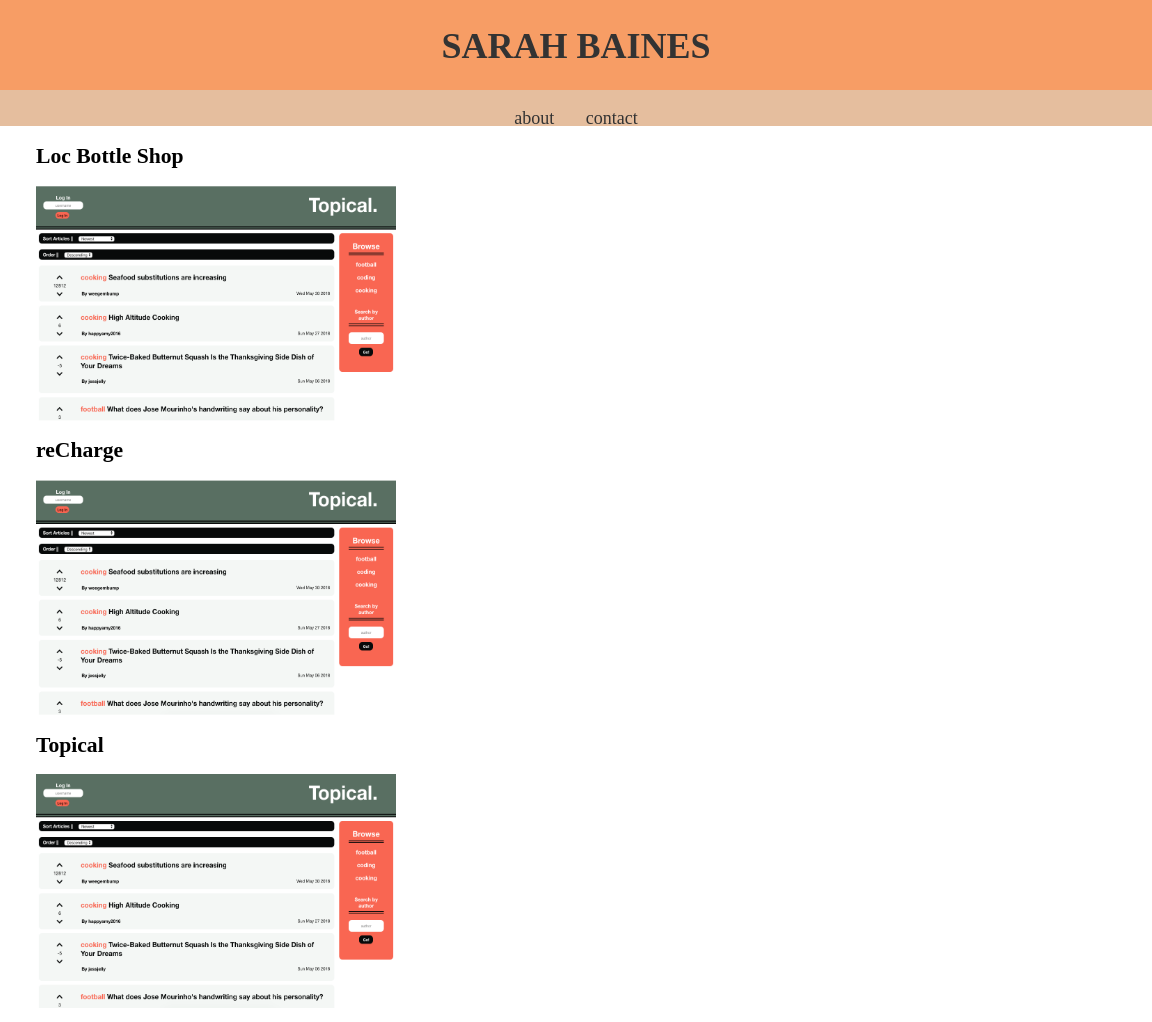
Repository: bainesface/bainesface.github.io
Page: index.html
The author's editor kept a copy of each file at every save. The page is drawn from the files as they stood at one save, then again after the next save.
The browser window is 1280 px wide. The pictures show the whole page, at 90% of full size.

Above is the page before, as saved 2020-04-27 14:50:59.

### index.html
<!DOCTYPE html>
<html lang="en">
  <head>
    <meta charset="UTF-8" />
    <meta name="viewport" content="width=device-width, initial-scale=1.0" />
    <meta http-equiv="X-UA-Compatible" content="ie=edge" />
    <link rel="stylesheet" href="index.css" />
    <title>My Portfolio Site</title>
  </head>
  <body class="body">
    <header class="header">
    <a href="index.html"></a>
      <h1 class="title">
        <center>SARAH BAINES</center>
      </h1>
    </a>
   </header> <nav class="menu">
      <a href="about.html" class="link">about</a>
      <!-- <a href="web.html">web</a>
      <a href="app.html">app</a> -->
      <a href="contact.html" class="link">contact</a>
    </nav>
    <section class='main'>
      <ul class='projects-list'>
        <li><h2>Loc Bottle Shop</h2>
        <p class="portfolio-image"><img src="./img/topical-fe.png" height=260px width=400px/></p></li>
        <li><h2>reCharge</h2>
        <p class="portfolio-image"><img src="./img/topical-fe.png" height=260px width=400px /></p></li>
        <li><h2>Topical</h2>
        <p class="portfolio-image"><img src="./img/topical-fe.png" height=260px width=400px /></p></li>
      </ul>
    </section>
  </body>
</html>

### index.css
.body {
  display: grid;
  grid-template-rows: 100px 40px auto;
  grid-template-columns: 100%;
  grid-template-areas:
    'header'
    'nav'
    'main';
  padding: 0;
  margin: 0;
  border: none;
}

.header {
  grid-area: header;
  background-color: #f79d65;
  margin: 0;
  width: 100%;
}

.title {
  font-size: 30pt;
  color: #333333;
  font-family: 'PT Sans';
}

.menu {
  grid-area: nav;
  font-size: 15pt;
  font-family: 'PT Sans';
  text-decoration: none;
  text-align: center;
  padding: 20px;
  background-color: #e5be9e;
}

.paragraph {
  font-size: 15pt;
  font-family: 'PT Sans';
}

.portfolio-image {
  height: 260px;
  width: 400px;
}

.projects-list {
  list-style: none;
}

.link {
  text-decoration: none;
  color: #333333;
  padding: 15px;
}

After the next save:
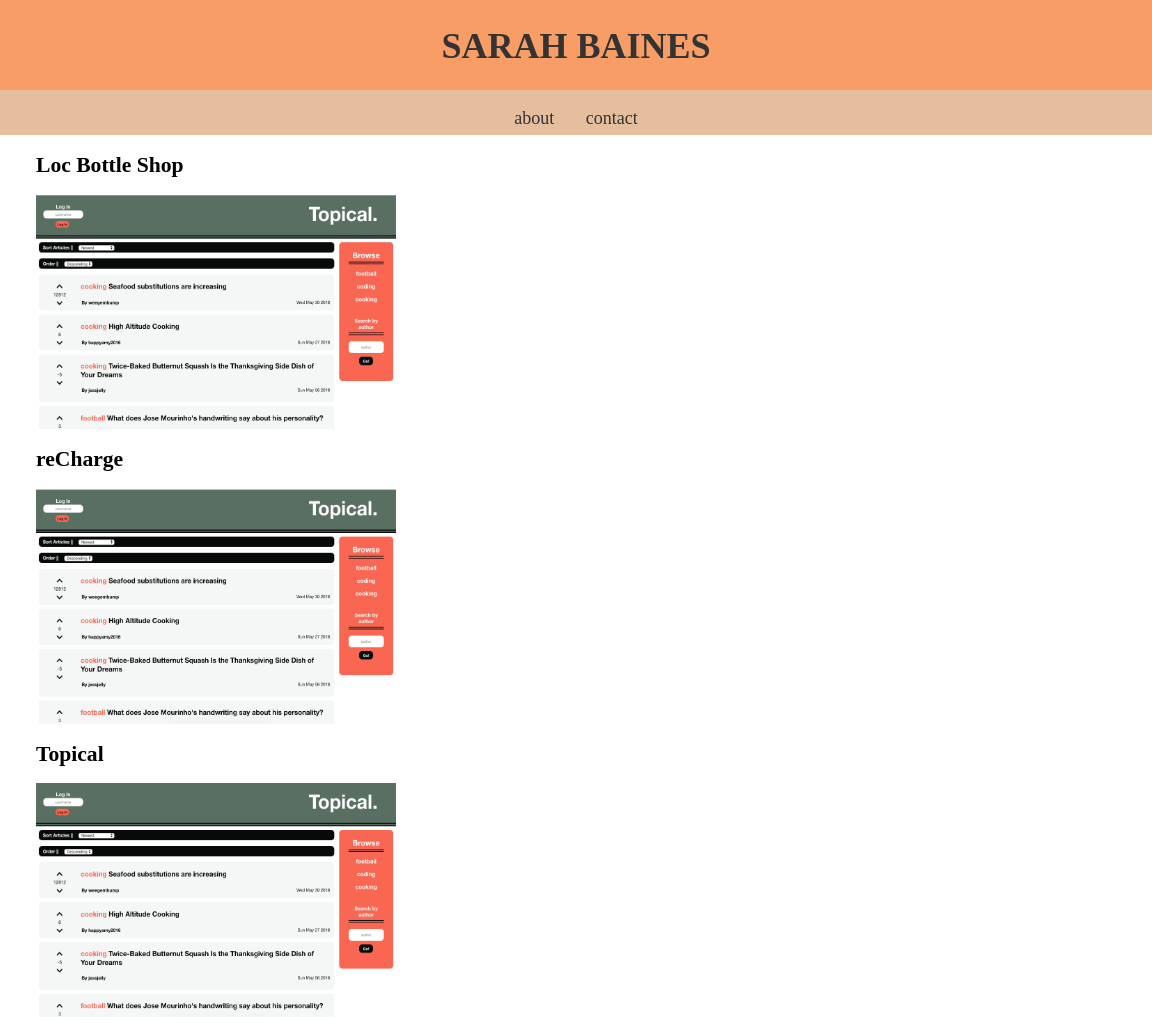
Saved 7 s later.
--- a/index.css
+++ b/index.css
@@ -1,6 +1,6 @@
 .body {
   display: grid;
-  grid-template-rows: 100px 40px auto;
+  grid-template-rows: 100px 50px auto;
   grid-template-columns: 100%;
   grid-template-areas:
     'header'
